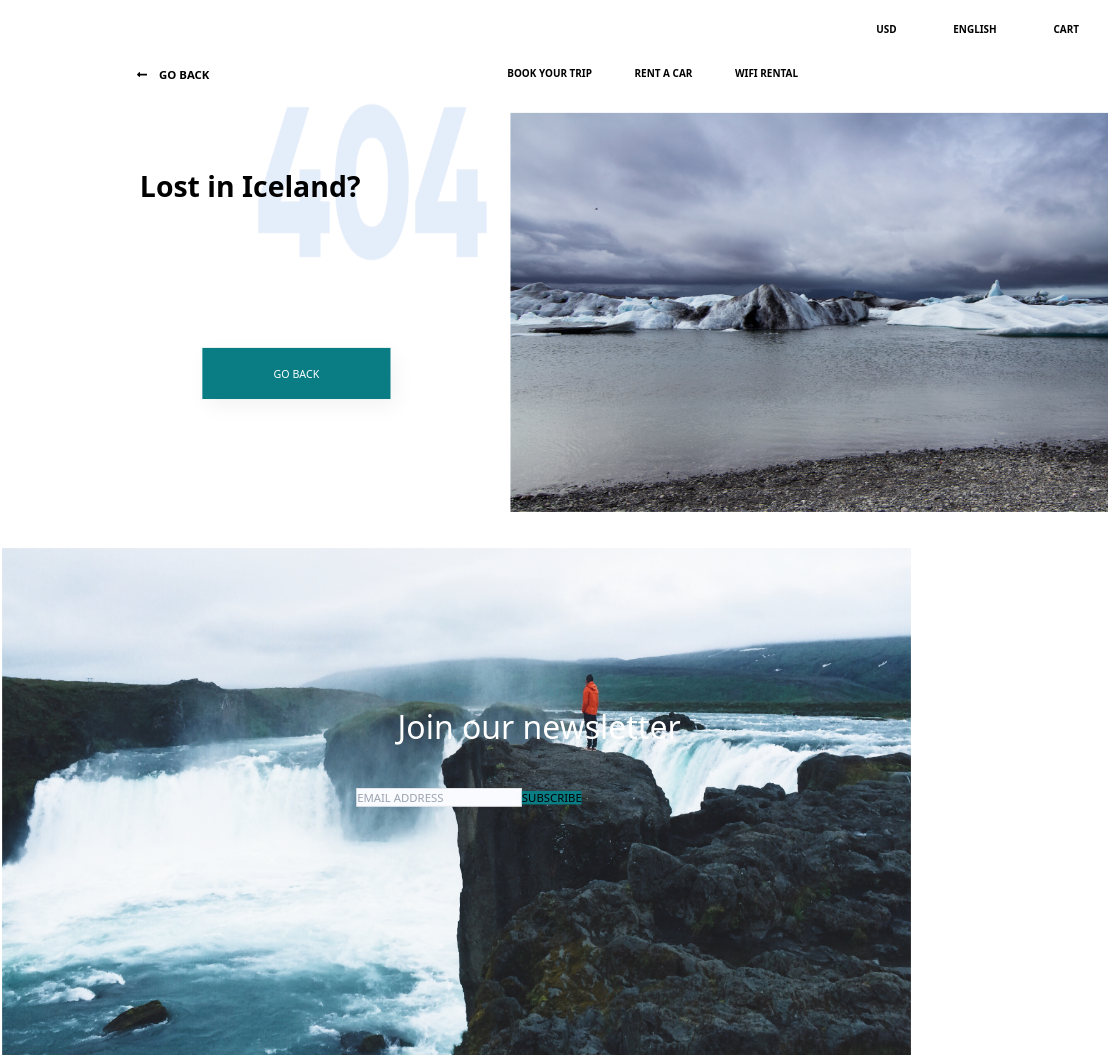
Repository: uh-sman/Iceland
Page: /
An editor plug-in stored every save of this project. The page is shown before and after the next save, followed by the edit.
The browser window is 1280 px wide. The page is 1561 px wide, so the pictures cover 1561 px, including what lies to the right of the window. The pictures show the whole page, at 71% of full size.
The project was rebuilt for these pictures with package versions that can differ from the ones it lists, and the page was loaded fresh each time.

Above is the page before, as saved 2022-09-08 23:08:31.

After the next save:
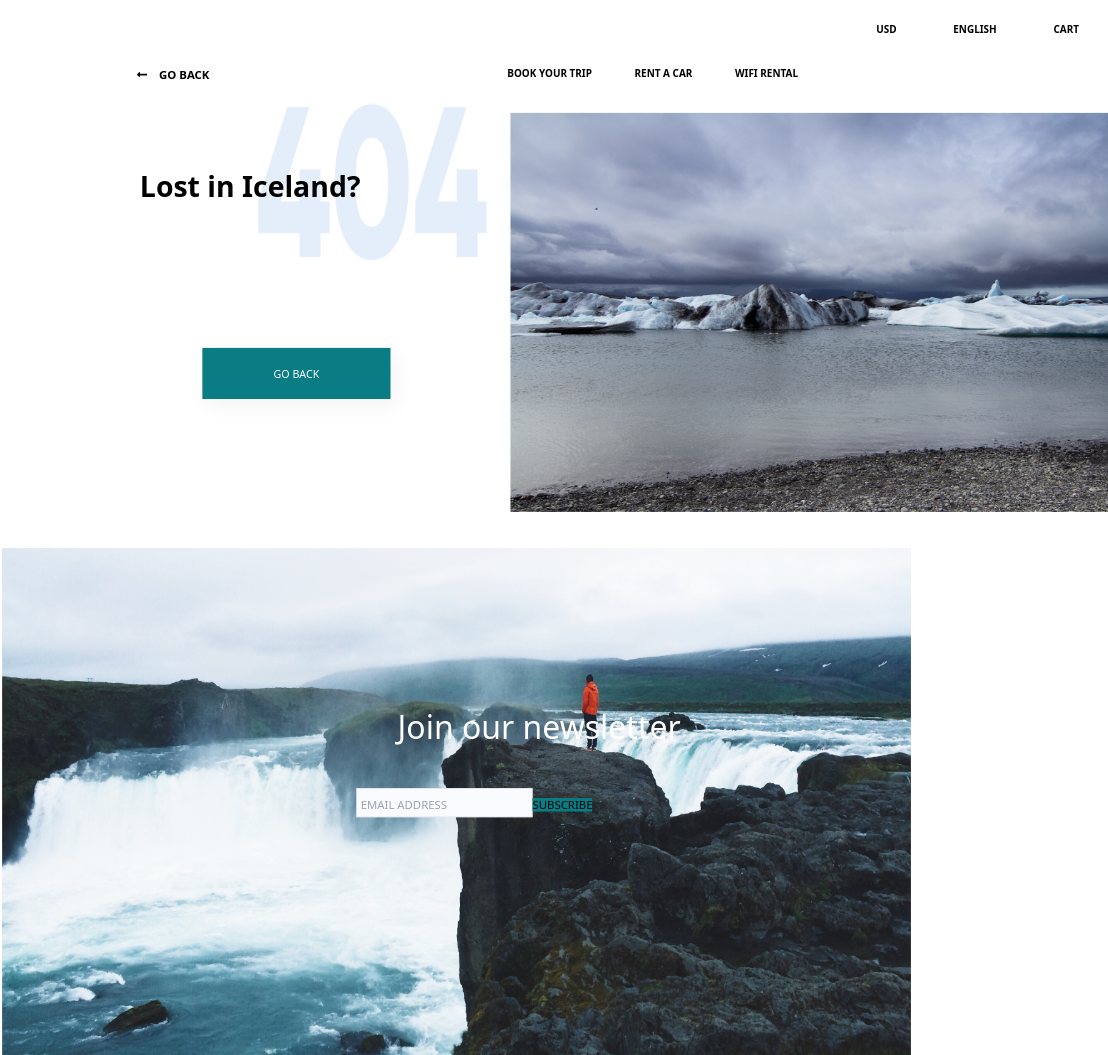
Saved 40 s later.
--- a/src/App.css
+++ b/src/App.css
@@ -9,6 +9,7 @@
   line-height: 18.57px;
 }
 .button {
+  padding: 10px 10px 5px 5px;
   background: #f9fbff;
   border: 1px solid #e1e3e9;
 }
